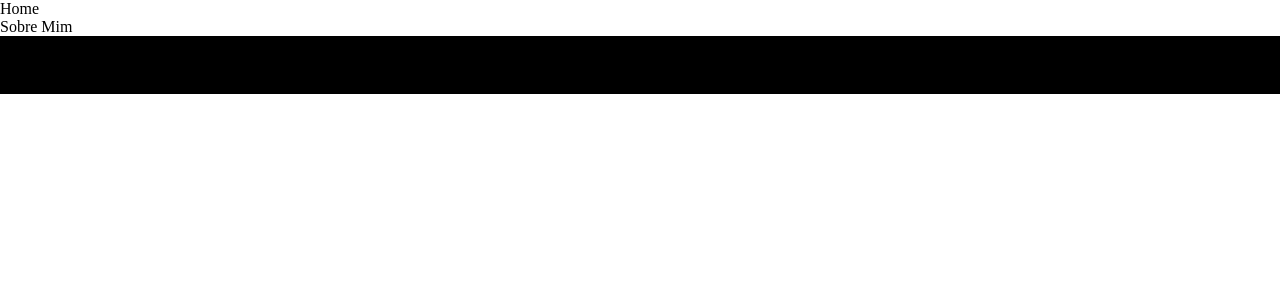
Repository: gimoli/projeto-portifolio
Page: index.html
The author's editor kept a copy of each file at every save. The page is drawn from the files as they stood at one save, then again after a run of saves.
The browser window is 1280 px wide. The pictures show the whole page.

Above is the page before, as saved 2025-04-23 11:33:27.

### index.html
<!DOCTYPE html>
<html lang="pt-br">
<head>
    <meta charset="UTF-8">
    <meta name="viewport" content="width=device-width, initial-scale=1.0">
    <title>Document</title>
    <link rel="stylesheet" href="style.css">
</head>

<body>
    <header>
        <ul>
            <li>Home</li>
            <li>Sobre Mim</li>
        </ul>
    </header>
    <main>
        <h1>Sobre Mim</h1>
    </main>
</body>
</html>

### style.css
*{
    margin: 0;
    padding: 0;
    box-sizing: border-box
    ;
}

main{
    font-size: 25px;
    background-color: black;
    color: withe
}

After the next 2 saves:
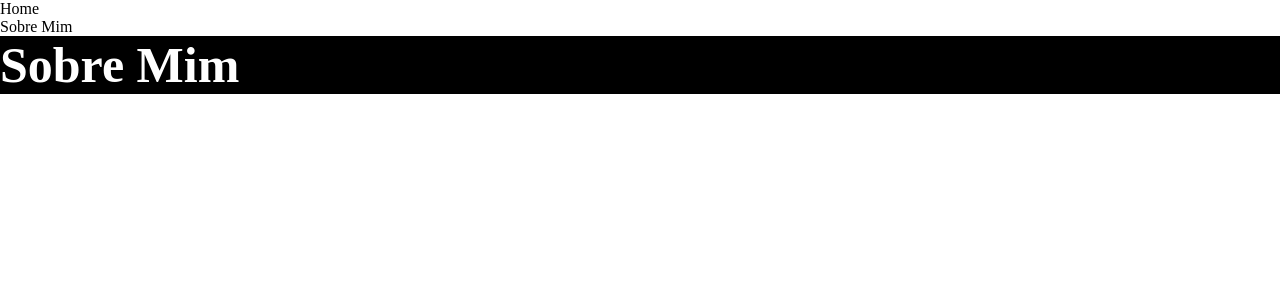
The 2 saves are shown as one change because they came seconds apart.
The last was saved 7 s later.
--- a/style.css
+++ b/style.css
@@ -8,5 +8,5 @@
 main{
     font-size: 25px;
     background-color: black;
-    color: withe
+    color: white
 }
